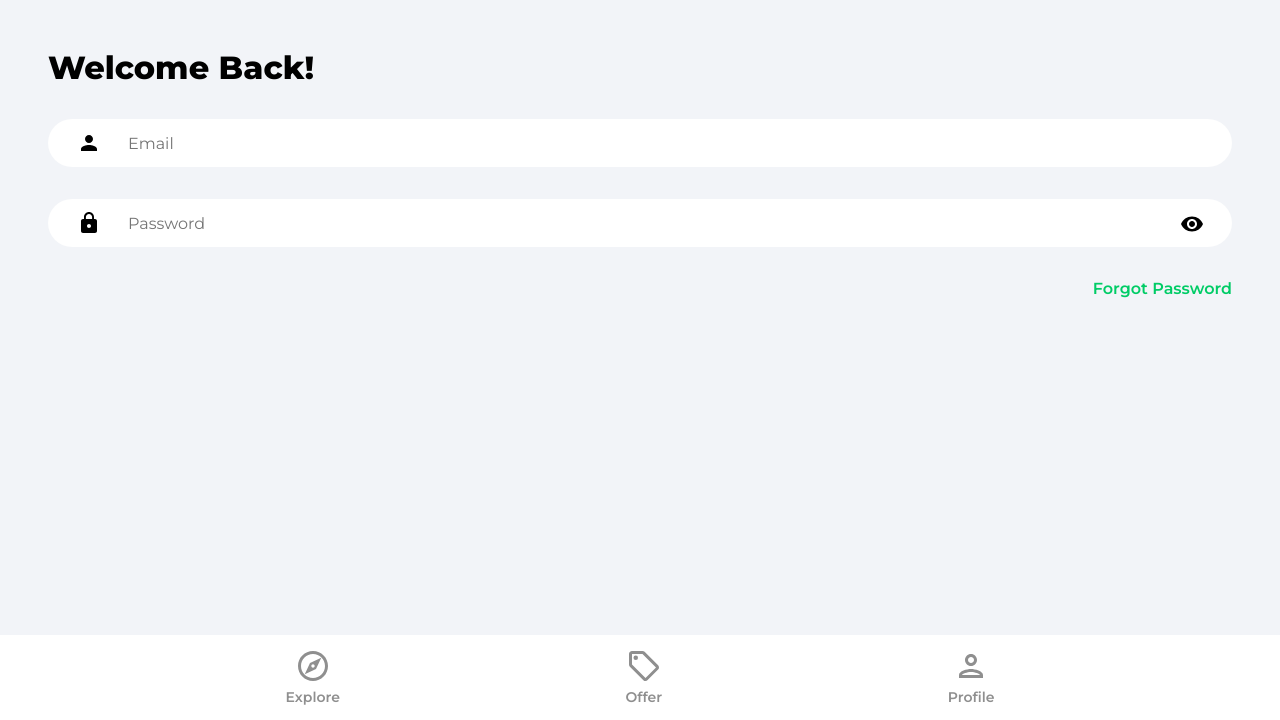
Repository: harvir619/Real-Estate-Market-App
Page: /sign-in
The author's editor kept a copy of each file at every save. The page is drawn from the files as they stood at one save, then again after the next save.
The browser window is 1280 px wide. The pictures show the whole page.
The project was rebuilt for these pictures with package versions that can differ from the ones it lists, and the page was loaded fresh each time. Also part of the build but not shown: vite.config.js, src/pages/Explore.jsx, src/pages/Profile.jsx, src/pages/ForgotPassword.jsx, src/pages/Offers.jsx, src/pages/SignUp.jsx.

Above is the page before, as saved 2023-06-15 17:38:10.

### index.html
<!DOCTYPE html>
<html lang="en">
  <head>
    <meta charset="UTF-8" />
    <link rel="icon" type="image/svg+xml" href="/public/favicon.ico" />
    <meta name="viewport" content="width=device-width, initial-scale=1.0" />
    <title>Real Estate Marketplace</title>
  </head>
  <body>
    <div id="root"></div>
    <script type="module" src="/src/main.jsx"></script>
  </body>
</html>

### src/App.jsx
import { BrowserRouter as Router, Routes, Route } from 'react-router-dom'
import Explore from './pages/Explore'
import Profile from './pages/Profile'
import ForgotPassword from './pages/ForgotPassword'
import Offers from './pages/Offers'
import SignIn from './pages/SignIn'
import SignUp from './pages/SignUp'
import Navbar from './components/Navbar'

function App() {

  return (
    <>
      <Router>
        <Routes>
          <Route path="/" element={<Explore />} />
          <Route path="/profile" element={<SignIn/>} />
          <Route path='/forgot-password' element={<ForgotPassword/>} />
          <Route path= '/offers' element={<Offers/>} />
          <Route path='/sign-in' element={<SignIn />} />
          <Route path='/sign-up' element={<SignUp/>} />
        </Routes>
        {<Navbar/>}
      </Router>
    </>
  )
}

export default App

### src/pages/SignIn.jsx
import React, { useState } from 'react'
import { Link, useNavigate } from 'react-router-dom'
import {ReactComponent as ArrowRightIcon} from '../assets/svg/keyboardArrowRightIcon.svg'
import visibilityIcon from '../assets/svg/visibilityIcon.svg'

function SignIn() {
  const [showPassword, setShowPassword] = useState(false)
  const [formData, setFormData] = useState({
    email: '',
    password: ''
  })
  const { email, password } = formData

  const navigate = useNavigate()

  const onChange = () => {
    console.log()
  }

  return (
    <>
      <div className="pageContainer">
        <header>
          <p className="pageHeader">
            Welcome Back!
          </p>
        </header>

        <form action="">
            <input
              type="email"
              placeholder="Email"
              id="email"
              value={email}
              onChange={onChange}
              className="emailInput" />

            <div className="passwordInputDiv">
            <input
              type={showPassword ? 'text' : 'password'}
              className='passwordInput'
              placeholder='Password'
              id='password'
              value={password}
              onChange={onChange}
            />

            <img
              src={visibilityIcon}
              alt="show password"
              className="showPassword"
              onClick={() => setShowPassword((prevState) => !prevState)}
            />

          </div>
          <Link to='/forgot-password' className='forgotPasswordLink'>Forgot Password</Link>

        </form>

      </div>
    </>
  )
}

export default SignIn

### src/components/Navbar.jsx
import React from 'react'
import { useNavigate, useLocation } from 'react-router-dom'
import { ReactComponent as OfferIcon } from '../assets/svg/localOfferIcon.svg'
import {ReactComponent as ExploreIcon} from '../assets/svg/exploreIcon.svg'
import {ReactComponent as PersonOutlineIcon} from '../assets/svg/personOutlineIcon.svg'


function Navbar() {
    const navigate = useNavigate()
    const location = useLocation()

    const pathMatchRoute = (route) => {
        if (route === location.pathname) {
            return true;
        }
    }

  return (
      <footer className="navbar">
          <nav className="navbarNav">
              <ul className="navbarListItems">
                  <li className="navbarListItem" onClick={() => navigate('/')}>
                      <ExploreIcon fill={pathMatchRoute('/')?'#2c2c2c':'#8f8f8f'}
                        //   className="navbarIcon"
                          width='36px' height='36px' />
                      <p className={pathMatchRoute('/')?'navbarListItemNameActive':'navbarListItemName'}>Explore</p>
                  </li>
                  <li className="navbarListItem" onClick={()=>navigate('/offers')}>
                      <OfferIcon fill={pathMatchRoute('/offers')?'#2c2c2c':'#8f8f8f'}
                        //   className="navbarIcon"
                          width='36px' height='36px' />
                      <p className={pathMatchRoute('/offers')?'navbarListItemNameActive':'navbarListItemName'}>Offer</p>
                  </li>
                  <li className="navbarListItem" onClick={()=>navigate('/profile')}>
                      <PersonOutlineIcon fill={pathMatchRoute('/profile')?'#2c2c2c':'#8f8f8f'}
                        //   className="navbarIcon"
                          width='36px' height='36px' />
                      <p className={pathMatchRoute('/profile')?'navbarListItemNameActive':'navbarListItemName'}>Profile</p>
                  </li>

              </ul>
          </nav>
      </footer>
  )
}

export default Navbar

Loaded but not shown: src/main.jsx (common file); src/index.css (common file)

After the next save:
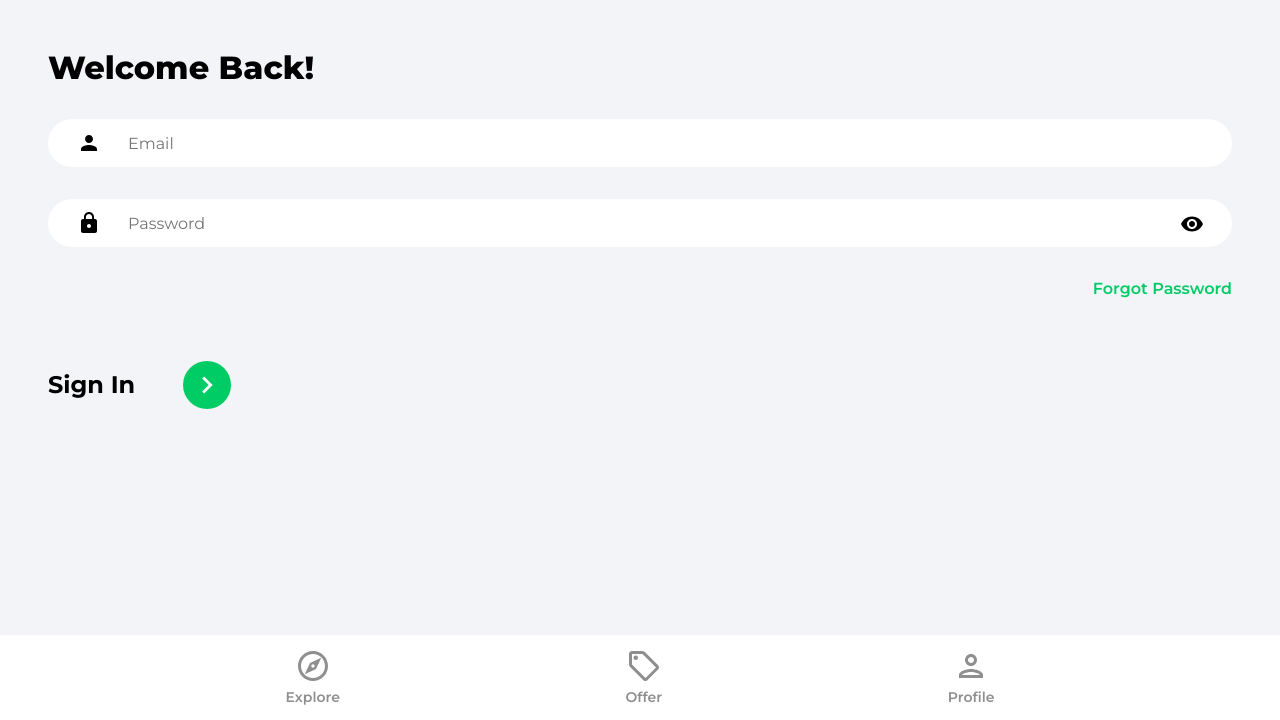
Saved 2 min 45 s later.
--- a/src/pages/SignIn.jsx
+++ b/src/pages/SignIn.jsx
@@ -55,6 +55,14 @@ function SignIn() {
           </div>
           <Link to='/forgot-password' className='forgotPasswordLink'>Forgot Password</Link>
 
+          <div className="signInBar">
+            <p className="signInText">Sign In</p>
+            <button className="signInButton">
+              <ArrowRightIcon fill="#ffffff" width="34px" height="34px" />
+            </button>
+
+          </div>
+
         </form>
 
       </div>
